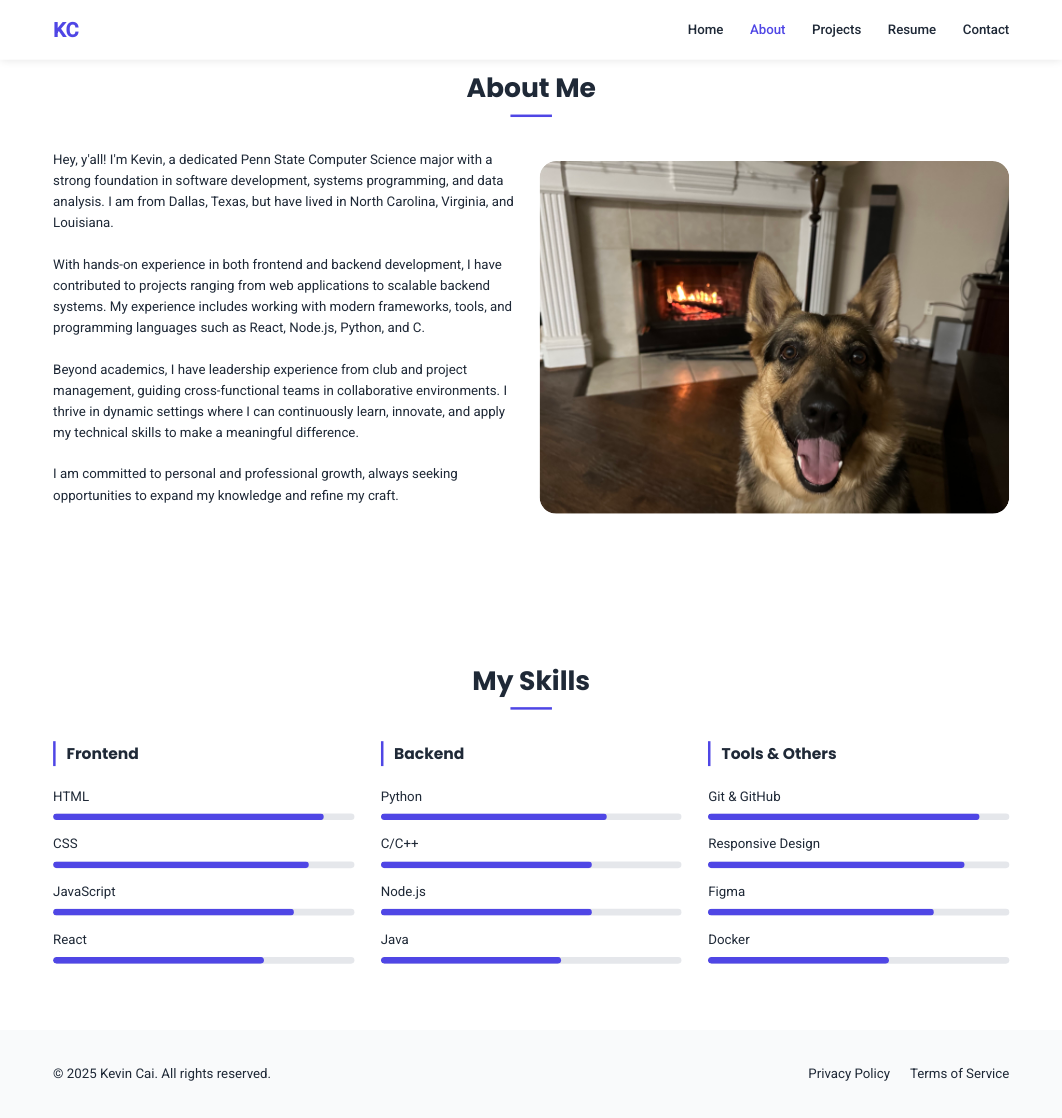
Repository: itskevbo/E-Portfolio
Page: pages/about.html
These files come from the project's save history. The page is drawn as it stood at one moment and after the next save; the edit follows.
The browser window is 1280 px wide. The pictures show the whole page, at 83% of full size.

Above is the page before, as saved 2025-04-23 14:47:46.
Console error: ReferenceError: ScrollReveal is not defined

After the next save:
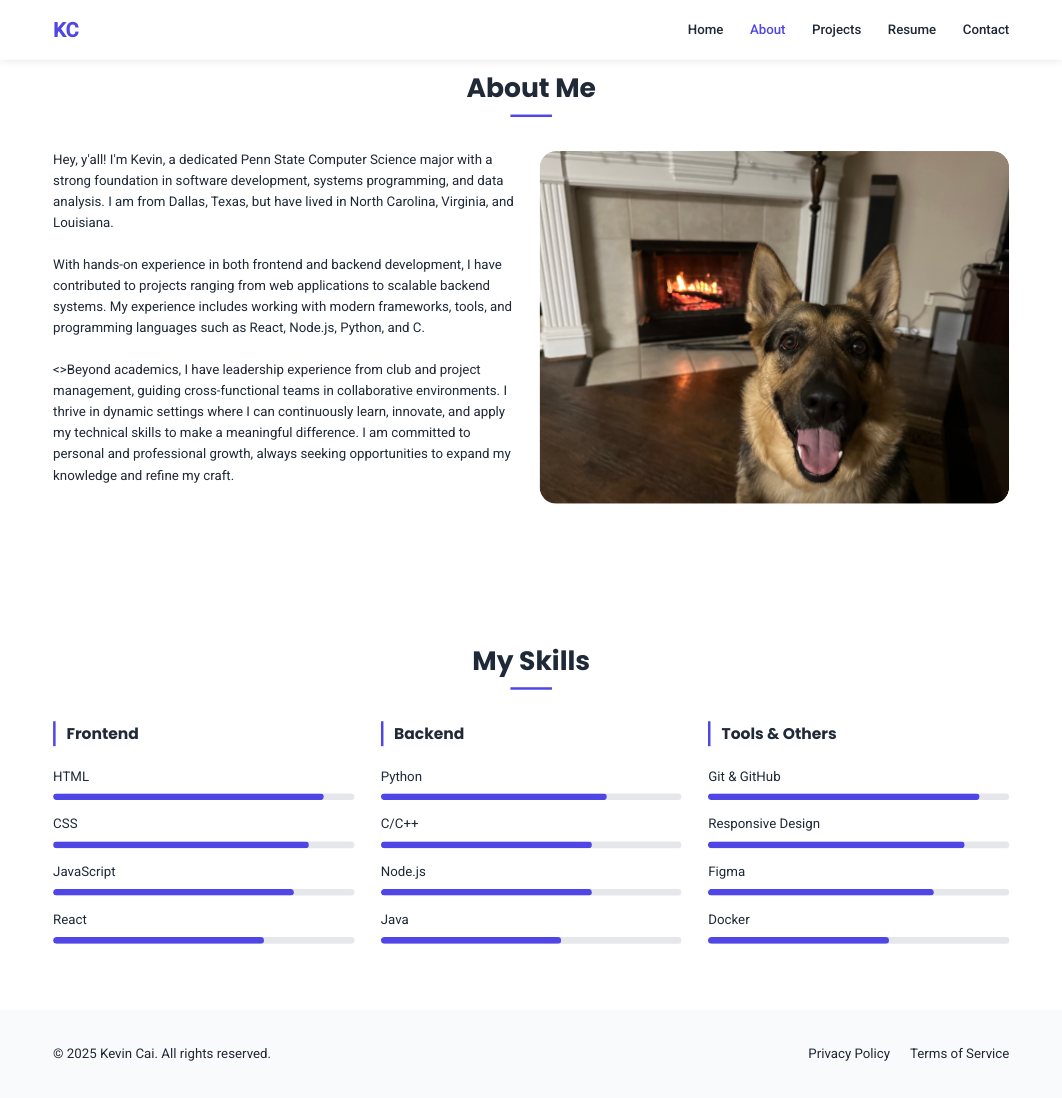
Saved 6 s later.
--- a/pages/about.html
+++ b/pages/about.html
@@ -52,7 +52,7 @@
                     <div class="about__text" style="flex: 1;">
                         <p>Hey, y'all! I'm Kevin, a dedicated Penn State Computer Science major with a strong foundation in software development, systems programming, and data analysis. I am from Dallas, Texas, but have lived in North Carolina, Virginia, and Louisiana.</p>
                         <p>With hands-on experience in both frontend and backend development, I have contributed to projects ranging from web applications to scalable backend systems. My experience includes working with modern frameworks, tools, and programming languages such as React, Node.js, Python, and C.</p>
-                        <p>Beyond academics, I have leadership experience from club and project management, guiding cross-functional teams in collaborative environments. I thrive in dynamic settings where I can continuously learn, innovate, and apply my technical skills to make a meaningful difference.</p>
+                        <>Beyond academics, I have leadership experience from club and project management, guiding cross-functional teams in collaborative environments. I thrive in dynamic settings where I can continuously learn, innovate, and apply my technical skills to make a meaningful difference.
                             I am committed to personal and professional growth, always seeking opportunities to expand my knowledge and refine my craft.</p>
                     </div>
                     <div class="about__image" style="flex: 1; overflow: hidden; border-radius: 20px; display: flex; justify-content: center; align-items: center;">
